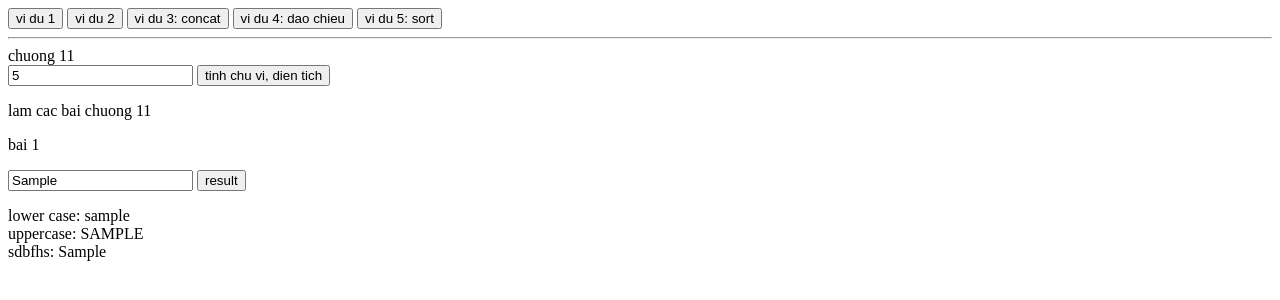
Repository: thanhp6868/ltWeb
Page: 1810/vidu/index.html
These files come from the project's save history. The page is drawn as it stood at one moment and after the next save; the edit follows.
The browser window is 1280 px wide. The pictures show the whole page.
Empty fields were first filled with sample values (such as "Sample", 5 or name@example.com).
After loading, the first visible `button[onclick="bai1()"]` was clicked once.

Above is the page before, as saved 2023-10-18 15:45:05.

After the next save:
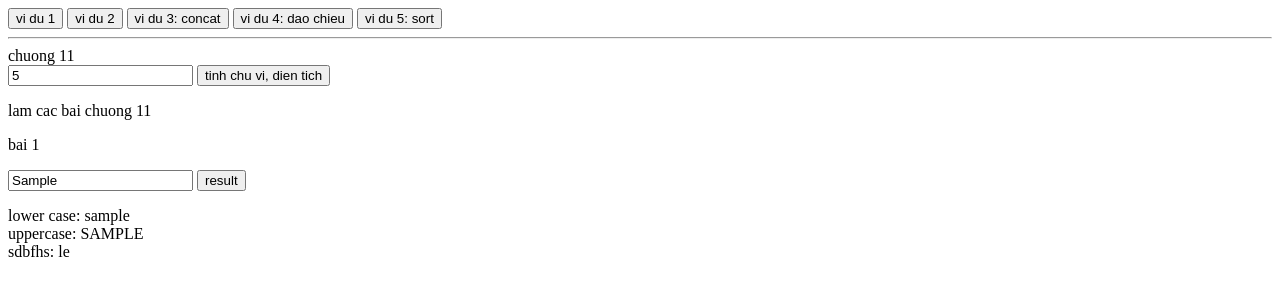
Saved 12 s later.
--- a/1810/vidu/vidu.js
+++ b/1810/vidu/vidu.js
@@ -57,5 +57,5 @@ function hinhTron(){
 function bai1(){
     var x = document.getElementById("bai1_text").value;
 
-    document.getElementById("result_1").innerHTML= "lower case: "+ x.toLowerCase() + "<br>" + "uppercase: " + x.toUpperCase() + "<br>" + "sdbfhs: "+ x.substring();
+    document.getElementById("result_1").innerHTML= "lower case: "+ x.toLowerCase() + "<br>" + "uppercase: " + x.toUpperCase() + "<br>" + "sdbfhs: "+ x.substring(4);
 }
